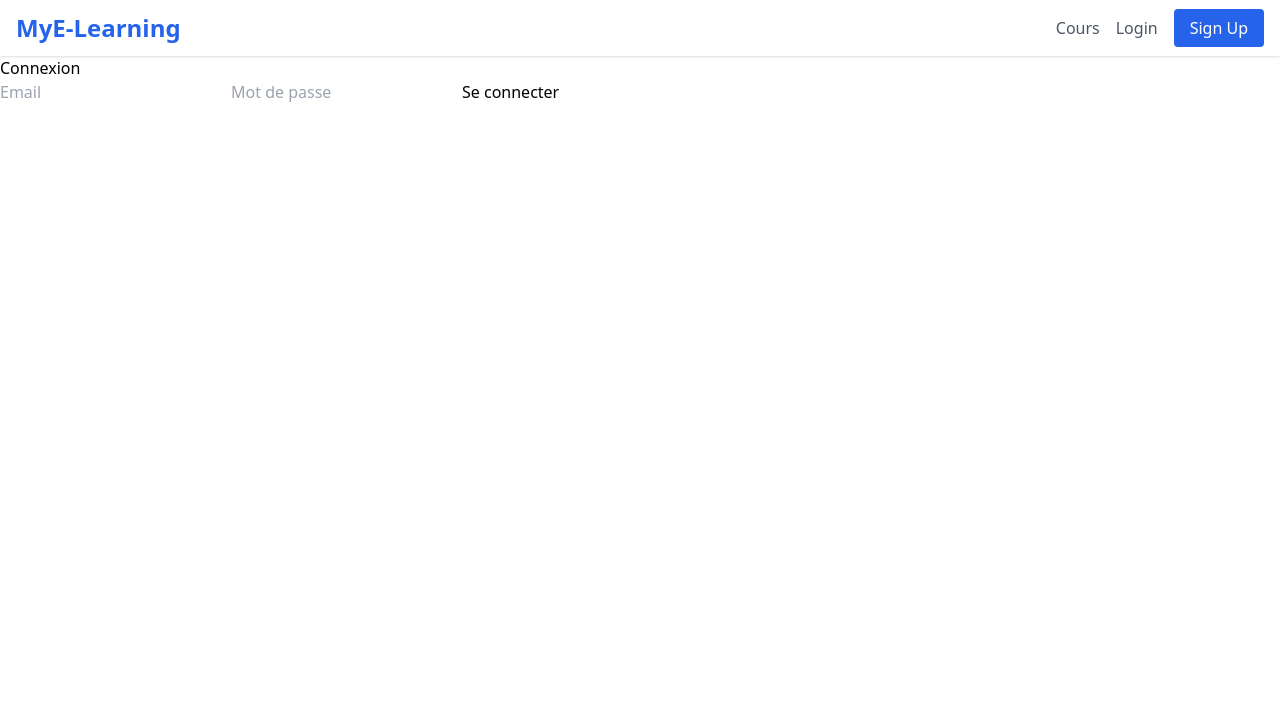
Repository: abdernossair/Studyfi
Page: /login (app in frontend-react/)
These files come from the project's save history. The page is drawn as it stood at one moment and after the next save; the edit follows.
The browser window is 1280 px wide. The pictures show the whole page.
The project was rebuilt for these pictures with package versions that can differ from the ones it lists, and the page was loaded fresh each time. Also part of the build but not shown: frontend-react/src/pages/Home.js, frontend-react/src/pages/Signup.js, frontend-react/src/pages/Courses.js, frontend-react/src/pages/CourseDetail.js.

Above is the page before, as saved 2025-01-08 02:27:03.

### frontend-react/public/index.html
<!DOCTYPE html>
<html lang="fr">
  <head>
    <meta charset="utf-8" />
    <meta name="viewport" content="width=device-width, initial-scale=1" />
    <!-- Balise <title> pour le nom de ton appli -->
    <title>Mon Application E-Learning</title>

    <!-- Exemple d'icône pour l'onglet (facultatif) -->
    <link rel="icon" href="%PUBLIC_URL%/favicon.ico" />
  </head>
  <body>
    <!-- Message si JavaScript est désactivé -->
    <noscript>Vous devez activer JavaScript pour pouvoir utiliser cette application.</noscript>

    <!-- La div où React va injecter toute l’app -->
    <div id="root"></div>
  </body>
</html>

### frontend-react/src/index.js
import React from 'react';
import ReactDOM from 'react-dom/client';
import './index.css'; // <-- Import Tailwind ici
import App from './App';
import { BrowserRouter } from 'react-router-dom';

const root = ReactDOM.createRoot(document.getElementById('root'));
root.render(
  <BrowserRouter>
    <App />
  </BrowserRouter>
);

### frontend-react/src/App.js
import React from 'react';
import { Routes, Route } from 'react-router-dom';
import Home from './pages/Home';
import Login from './pages/Login';
import Signup from './pages/Signup';
import Courses from './pages/Courses';
import CourseDetail from './pages/CourseDetail';
import Navbar from './components/Navbar';

function App() {
  return (
    <div>
      {/* On affiche la barre de navigation en haut */}
      <Navbar />

      {/* Définition des routes */}
      <Routes>
        <Route path="/" element={<Home />} />
        <Route path="/login" element={<Login />} />
        <Route path="/signup" element={<Signup />} />
        <Route path="/courses" element={<Courses />} />
        <Route path="/courses/:id" element={<CourseDetail />} />
      </Routes>
    </div>
  );
}

export default App;

### frontend-react/src/pages/Login.js
import React, { useState } from 'react';
import { loginUser } from '../services/api';

const Login = () => {
  const [email, setEmail] = useState('');
  const [password, setPassword] = useState('');
  const [error, setError] = useState('');

  const handleSubmit = async (e) => {
    e.preventDefault();
    try {
      const { data } = await loginUser({ email, password });
      localStorage.setItem('token', data.token);
      alert('Connexion réussie !');
    } catch (err) {
      setError(err.response?.data?.error || 'Erreur lors de la connexion');
    }
  };

  return (
    <div>
      <h2>Connexion</h2>
      <form onSubmit={handleSubmit}>
        <input
          placeholder="Email"
          value={email}
          onChange={(e) => setEmail(e.target.value)}
        />
        <input
          placeholder="Mot de passe"
          type="password"
          value={password}
          onChange={(e) => setPassword(e.target.value)}
        />
        <button type="submit">Se connecter</button>
      </form>
      {error && <p style={{color:'red'}}>{error}</p>}
    </div>
  );
};

export default Login;

### frontend-react/src/components/Navbar.js
import React from 'react';
import { Link } from 'react-router-dom';

const Navbar = () => {
  return (
    <header className="bg-white shadow sticky top-0 z-50">
      <div className="container mx-auto px-4 py-3 flex items-center justify-between">
        <Link to="/" className="text-2xl font-bold text-blue-600">
          MyE-Learning
        </Link>

        <nav className="space-x-4">
          <Link
            to="/courses"
            className="text-gray-600 hover:text-blue-600 transition"
          >
            Cours
          </Link>
          <Link
            to="/login"
            className="text-gray-600 hover:text-blue-600 transition"
          >
            Login
          </Link>
          <Link
            to="/signup"
            className="px-4 py-2 bg-blue-600 text-white rounded hover:bg-blue-700 transition"
          >
            Sign Up
          </Link>
        </nav>
      </div>
    </header>
  );
};

export default Navbar;

### frontend-react/src/services/api.js
import axios from 'axios';

// L'API Gateway tourne probablement sur le port 3000
const API_URL = 'http://localhost:3000';

// ----- Authentification -----
export const signupUser = (payload) => {
  return axios.post(`${API_URL}/auth/signup`, payload);
};

export const loginUser = (payload) => {
  return axios.post(`${API_URL}/auth/login`, payload);
};

// ----- E-Learning : Cours -----
export const getAllCourses = () => {
  return axios.get(`${API_URL}/courses`);
};

export const getCourseById = (courseId) => {
  return axios.get(`${API_URL}/courses/${courseId}`);
};

// Tu peux aussi ajouter une fonction pour créer un cours, etc.
// export const createCourse = (payload) => {
//   const token = localStorage.getItem('token');
//   return axios.post(`${API_URL}/courses`, payload, {
//     headers: {
//       Authorization: `Bearer ${token}`
//     }
//   });
// };

Loaded but not shown: frontend-react/src/index.css (common file); frontend-react/tailwind.config.js (common file)

After the next save:
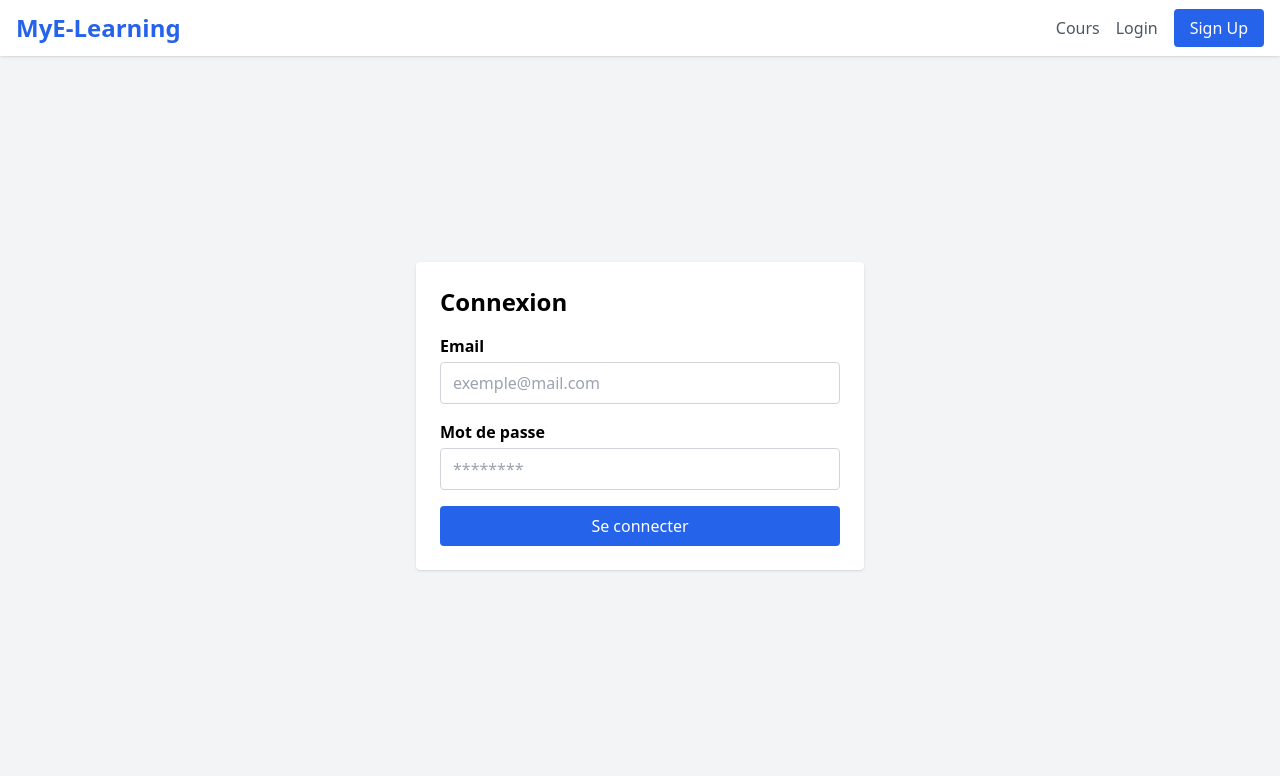
Saved 26 s later.
--- a/frontend-react/src/pages/Login.js
+++ b/frontend-react/src/pages/Login.js
@@ -12,29 +12,50 @@ const Login = () => {
       const { data } = await loginUser({ email, password });
       localStorage.setItem('token', data.token);
       alert('Connexion réussie !');
+      // Redirection éventuelle...
     } catch (err) {
       setError(err.response?.data?.error || 'Erreur lors de la connexion');
     }
   };
 
   return (
-    <div>
-      <h2>Connexion</h2>
-      <form onSubmit={handleSubmit}>
-        <input
-          placeholder="Email"
-          value={email}
-          onChange={(e) => setEmail(e.target.value)}
-        />
-        <input
-          placeholder="Mot de passe"
-          type="password"
-          value={password}
-          onChange={(e) => setPassword(e.target.value)}
-        />
-        <button type="submit">Se connecter</button>
+    <div className="min-h-screen flex items-center justify-center bg-gray-100 px-4">
+      <form
+        onSubmit={handleSubmit}
+        className="w-full max-w-md bg-white p-6 rounded shadow"
+      >
+        <h2 className="text-2xl font-bold mb-4">Connexion</h2>
+        {error && <p className="text-red-500 mb-2">{error}</p>}
+
+        <div className="mb-4">
+          <label className="block mb-1 font-semibold">Email</label>
+          <input
+            type="email"
+            className="w-full border border-gray-300 px-3 py-2 rounded"
+            value={email}
+            onChange={(e) => setEmail(e.target.value)}
+            placeholder="exemple@mail.com"
+          />
+        </div>
+
+        <div className="mb-4">
+          <label className="block mb-1 font-semibold">Mot de passe</label>
+          <input
+            type="password"
+            className="w-full border border-gray-300 px-3 py-2 rounded"
+            value={password}
+            onChange={(e) => setPassword(e.target.value)}
+            placeholder="********"
+          />
+        </div>
+
+        <button
+          type="submit"
+          className="w-full py-2 bg-blue-600 text-white rounded hover:bg-blue-700 transition"
+        >
+          Se connecter
+        </button>
       </form>
-      {error && <p style={{color:'red'}}>{error}</p>}
     </div>
   );
 };
